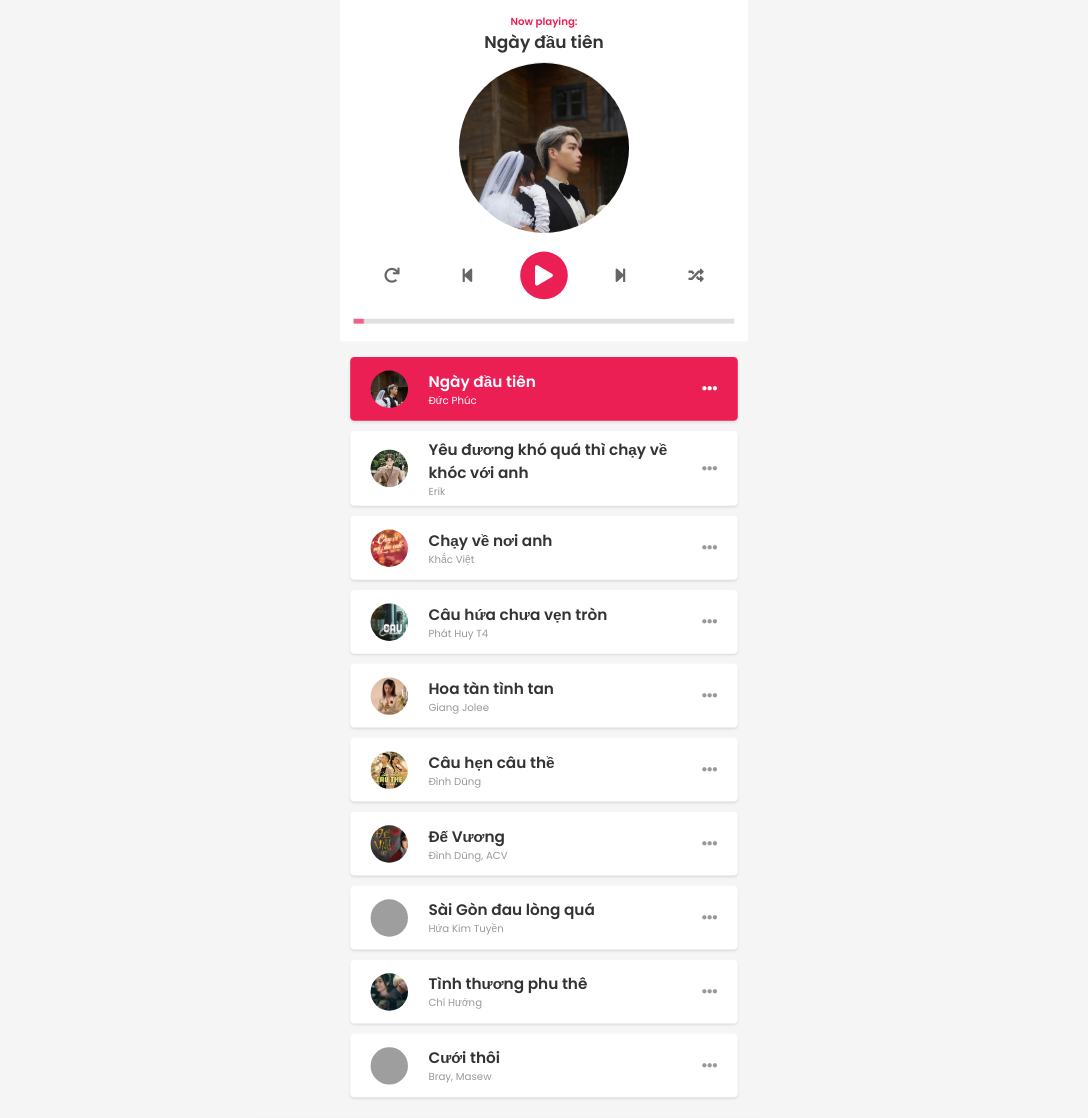
Repository: KienCao2000/demo-music
Page: index.html
An editor plug-in stored every save of this project. The page is shown before and after the next save, followed by the edit.
The browser window is 1280 px wide. The pictures show the whole page, at 85% of full size.
Pictures or frames that could not be fetched are drawn as grey boxes.

Above is the page before, as saved 2022-02-26 09:42:50.

### index.html
<!DOCTYPE html>
<html lang="en">
<head>
    <meta charset="UTF-8">
    <meta http-equiv="X-UA-Compatible" content="IE=edge">
    <meta name="viewport" content="width=device-width, initial-scale=1.0">
    <title>Music player</title>
    <link rel="stylesheet" href="https://cdnjs.cloudflare.com/ajax/libs/font-awesome/5.15.2/css/all.min.css" integrity="sha512-HK5fgLBL+xu6dm/Ii3z4xhlSUyZgTT9tuc/hSrtw6uzJOvgRr2a9jyxxT1ely+B+xFAmJKVSTbpM/CuL7qxO8w==" crossorigin="anonymous" />
    <link rel="preconnect" href="https://fonts.gstatic.com">
    <link href="https://fonts.googleapis.com/css2?family=Poppins:wght@300;400;600&display=swap" rel="stylesheet">
    <link rel="stylesheet" href="./css/style.css">
</head>
<body>
    <div class="player">
        <!-- Dashboard -->
        <div class="dashboard">
          <!-- Header -->
          <header>
            <h4>Now playing:</h4>
            <h2>String 57th & 9th</h2>
          </header>

          <!-- CD -->
          <div class="cd">
            <div class="cd-thumb" style="background-image: url('https://i.ytimg.com/vi/jTLhQf5KJSc/maxresdefault.jpg')">
            </div>
          </div>

          <!-- Control -->
          <div class="control">
            <div class="btn btn-repeat">
              <i class="fas fa-redo"></i>
            </div>
            <div class="btn btn-prev">
              <i class="fas fa-step-backward"></i>
            </div>
            <div class="btn btn-toggle-play">
              <i class="fas fa-pause icon-pause"></i>
              <i class="fas fa-play icon-play"></i>
            </div>
            <div class="btn btn-next">
              <i class="fas fa-step-forward"></i>
            </div>
            <div class="btn btn-random">
              <i class="fas fa-random"></i>
            </div>
          </div>

          <input id="progress" class="progress" type="range" value="0" step="1" min="0" max="100">

          <audio id="audio" src=""></audio>
        </div>

        <!-- Playlist -->
        <div class="playlist">

        </div>
    </div>
    <script>
        /**
         * 1. Render songs
         * 2. Scroll top
         * 3. Play / pause / seek
         * 4. CD rotate
         * 5. Next / prev
         * 6. Random
         * 7. Next / Repeat when ended
         * 8. Active song
         * 9. Scroll active song into view
         * 10. Play song when click
        */

        const $ = document.querySelector.bind(document);
        const $$ = document.querySelectorAll.bind(document);

        const player = $('.player')
        const cd = $('.cd')
        const heading = $('header h2')
        const cdThumb = $('.cd-thumb')
        const audio = $('#audio')
        const playBtn = $('.btn-toggle-play')
        const progress = $('#progress')
        const nextBtn = $('.btn-next')
        const prevBtn = $('.btn-prev')
        const randomBtn = $('.btn-random')
        const repeatBtn = $('.btn-repeat')
        const playlist = $('.playlist')

        // render
        const app = {
          currentIndex: 0,
          isPlaying: false,
          isRandom: false,
          isRepeat: false,
          songs: [
            {
              name: 'Ngày đầu tiên',
              singer: 'Đức Phúc',
              path: './music/song1.mp3',
              img: './img/song1.png'
            },
            {
              name: 'Yêu đương khó quá thì chạy về khóc với anh',
              singer: 'Erik',
              path: './music/song2.mp3',
              img: './img/song2.png'
            },
            {
              name: 'Chạy về nơi anh',
              singer: 'Khắc Việt',
              path: './music/song3.mp3',
              img: './img/song3.png'
            },
            {
              name: 'Câu hứa chưa vẹn tròn',
              singer: 'Phát Huy T4',
              path: './music/song4.mp3',
              img: './img/song4.png'
            },
            {
              name: 'Hoa tàn tình tan',
              singer: 'Giang Jolee',
              path: './music/song5.mp3',
              img: './img/song5.png'
            },
            {
              name: 'Câu hẹn câu thề',
              singer: 'Đình Dũng',
              path: './music/song6.mp3',
              img: './img/song6.png'
            },
            {
              name: 'Đế Vương',
              singer: 'Đình Dũng, ACV',
              path: './music/song7.mp3',
              img: './img/song7.png'
            },
            {
              name: 'Sài Gòn đau lòng quá',
              singer: 'Hứa Kim Tuyền',
              path: './music/song8.mp3',
              img: './img/song8.png'
            },
            {
              name: 'Tình thương phu thê',
              singer: 'Chí Hướng',
              path: './music/song9.mp3',
              img: './img/song9.png'
            },
            {
              name: 'Cưới thôi',
              singer: 'Bray, Masew',
              path: './music/song10.mp3',
              img: './img/song10.png'
            },
          ],
          render: function() {
            const htmls = this.songs.map((song, index) => {
              return `
              <div class="song ${index === this.currentIndex ? 'active' : ''}" data-index = ${index} >
                <div class="thumb" style="background-image: url('${song.img}')">
                </div>
                <div class="body">
                  <h3 class="title">${song.name}</h3>
                  <p class="author">${song.singer}</p>
                </div>
                <div class="option">
                  <i class="fas fa-ellipsis-h"></i>
                </div>
              </div>
              `
            })
            playlist.innerHTML = htmls.join('')
          },
          defineProperties: function() {
            Object.defineProperty(this, 'currentSong', {
              get: function() {
                return this.songs[this.currentIndex]
              }
            })
          },
          handleEvents: function() {
            const _this = this
            const cdWidth = cd.offsetWidth

            // xử lý CD quay / dừng
            const cdThumbAnimate = cdThumb.animate([
              { transform: 'rotate(360deg)'}
            ], {
              duration: 10000, // 10 second
              iterations: Infinity,
            })
            cdThumbAnimate.pause();

            // Xử lý phóng to thu nhỏ CD
            document.onscroll = function() {
              const scrollTop = window.scrollY || (document.documentElement.scrollTop);
              const newCdWidth = cdWidth - scrollTop

              cd.style.width = newCdWidth > 0 ? newCdWidth + 'px' : 0
              cd.style.opacity = newCdWidth / cdWidth

            }
              // Xử lý khi click player
              playBtn.onclick = function () {
                if(_this.isPlaying) {
                  audio.pause()
                }
                else{
                  audio.play()
                }
              }

              // Khi song được play
              audio.onplay = function () {
                _this.isPlaying = true
                player.classList.add('playing')
                cdThumbAnimate.play()
              }
              // Khi song bi pause
              audio.onpause = function () {
                _this.isPlaying = false
                player.classList.remove('playing')
                cdThumbAnimate.pause()
              }

              // Khi tiến độ bài hát thay đổi
              audio.ontimeupdate = function () {
                if(audio.duration) {
                  const progressPercent = Math.floor(audio.currentTime / audio.duration * 100)
                  progress.value = progressPercent
                }
              }

              // xử lý khi tua song
              progress.onchange = function (e) {
                const seekTime = audio.duration /100 * e.target.value
                audio.currentTime = seekTime
              }

              // Khi next song
              nextBtn.onclick = function() {
                if(_this.isRandom){
                  _this.playRandomSong()
                }else{
                  _this.nextSong()
                }
                audio.play()
                _this.render()
                _this.scrollToActiveSong()
              }

              // Khi pre song
              prevBtn.onclick = function() {
                if(_this.isRandom){
                  _this.playRandomSong()
                }else{
                  _this.prevSong()
                }
                audio.play()
                _this.render()
                _this.scrollToActiveSong()
              }

              // random song
              randomBtn.onclick = function(e) {
                _this.isRandom = !_this.isRandom
                randomBtn.classList.toggle('active', _this.isRandom)
              }

              // Xử lý nẽt song khi audio ended
              audio.onended = function() {
                if(_this.isRepeat){
                  audio.play();
                }else{
                  nextBtn.click();
                }
              }

              // xử lý lặp lại song
              repeatBtn.onclick = function(e) {
                _this.isRepeat = !_this.isRepeat
                repeatBtn.classList.toggle('active', _this.isRepeat);
              }

              // lắng nghe hành vi click vào playlist
              playlist.onclick = function(e) {
                const songNode = e.target.closest('.song:not(.active)')
                if(songNode || !e.target.closest('.option') ) {
                  if(songNode){
                    _this.currentIndex =Number(songNode.dataset.index)
                    _this.loadCurrentSong()
                    _this.render()
                    audio.play()
                  }

                  if(e.target.closest('.option')) {

                  }
                }
              }
          },
          scrollToActiveSong: function() {
            setTimeout(() => {
              $('.song.active').scrollIntoView({
                behavior: 'smooth',
                block: 'nearest',
              });
            },300)
          },
          loadCurrentSong: function() {
            heading.textContent = this.currentSong.name
            cdThumb.style.backgroundImage = `url(${this.currentSong.img})`
            audio.src = this.currentSong.path
          },
          nextSong: function() {
            this.currentIndex++
            if(this.currentIndex >= this.songs.length) {
              this.currentIndex = 0
            }
            this.loadCurrentSong()
          },
          prevSong: function() {
            this.currentIndex--
            if(this.currentIndex < 0) {
              this.currentIndex = this.songs.length
            }
            this.loadCurrentSong()
          },
          playRandomSong: function() {
            let newIndex
            do {
              newIndex = Math.floor(Math.random() * this.songs.length)
            } while(newIndex === this.currentIndex)

            this.currentIndex = newIndex
            this.loadCurrentSong()
          },
          start: function() {
            // Định nghĩa các thuộc tính cho object
            this.defineProperties()

            // Lắng nghe / xử lý các sự kiện (DOM Events)
            this.handleEvents()

            // Tải thông tin bài hát đầu tiên vao UI khi chạy ứng dụng
            this.loadCurrentSong();

            // Render playlist
            this.render()
          }
        }
        app.start()
    </script>
</body>
</html>

### css/style.css
:root {
    --primary-color: #ec1f55;
    --text-color: #333;
}

*{
    padding: 0;
    margin: 0;
    box-sizing: inherit;
}

body {
    background-color: #f5f5f5;
}

html {
    box-sizing: border-box;
    font-family: "Poppins", sans-serif;
}

.player {
    position: relative;
    max-width: 480px;
    margin: 0 auto;
}

.player .icon-pause {
    display: none;
}

.player.playing .icon-pause {
    display: inline-block;
}

.player.playing .icon-play {
    display: none;
}
.dashboard {
    padding: 16px 16px 14px;
    background-color: #fff;
    position: fixed;
    top: 0;
    width: 100%;
    max-width: 480px;
    border-bottom: 1px solid #ebebeb;
}

  /* HEADER */
header {
    text-align: center;
    margin-bottom: 10px;
}

header h4 {
    color: var(--primary-color);
    font-size: 12px;
}

header h2 {
    color: var(--text-color);
    font-size: 20px;
}

  /* CD */
.cd {
    display: flex;
    margin: auto;
    width: 200px;
  }

.cd-thumb {
    width: 100%;
    padding-top: 100%;
    border-radius: 50%;
    background-color: #333;
    background-size: cover;
    margin: auto;
}

  /* CONTROL */
.control {
    display: flex;
    align-items: center;
    justify-content: space-around;
    padding: 18px 0 8px 0;
}

.control .btn {
    color: #666;
    padding: 18px;
    font-size: 18px;
  }

.control .btn.active {
    color: var(--primary-color);
}

.control .btn-toggle-play {
    width: 56px;
    height: 56px;
    border-radius: 50%;
    font-size: 24px;
    color: #fff;
    display: flex;
    align-items: center;
    justify-content: center;
    background-color: var(--primary-color);
}

.progress {
    width: 100%;
    -webkit-appearance: none;
    height: 6px;
    background: #d3d3d3;
    outline: none;
    opacity: 0.7;
    -webkit-transition: 0.2s;
    transition: opacity 0.2s;
}

.progress::-webkit-slider-thumb {
    -webkit-appearance: none;
    appearance: none;
    width: 12px;
    height: 6px;
    background-color: var(--primary-color);
    cursor: pointer;
}

  /* PLAYLIST */
  .playlist {
    margin-top: 408px;
    padding: 12px;
}

.song {
    display: flex;
    align-items: center;
    margin-bottom: 12px;
    background-color: #fff;
    padding: 8px 16px;
    border-radius: 5px;
    box-shadow: 0 2px 3px rgba(0, 0, 0, 0.1);
}

.song.active {
    background-color: var(--primary-color);
}

.song:active {
    opacity: 0.8;
}

  .song.active .option,
  .song.active .author,
  .song.active .title {
    color: #fff;
}

.song .thumb {
    width: 44px;
    height: 44px;
    border-radius: 50%;
    background-size: cover;
    margin: 0 8px;
}

.song .body {
    flex: 1;
    padding: 0 16px;
}

  .song .title {
    font-size: 18px;
    color: var(--text-color);
}

.song .author {
    font-size: 12px;
    color: #999;
}

.song .option {
    padding: 16px 8px;
    color: #999;
    font-size: 18px;
}

After the next save:
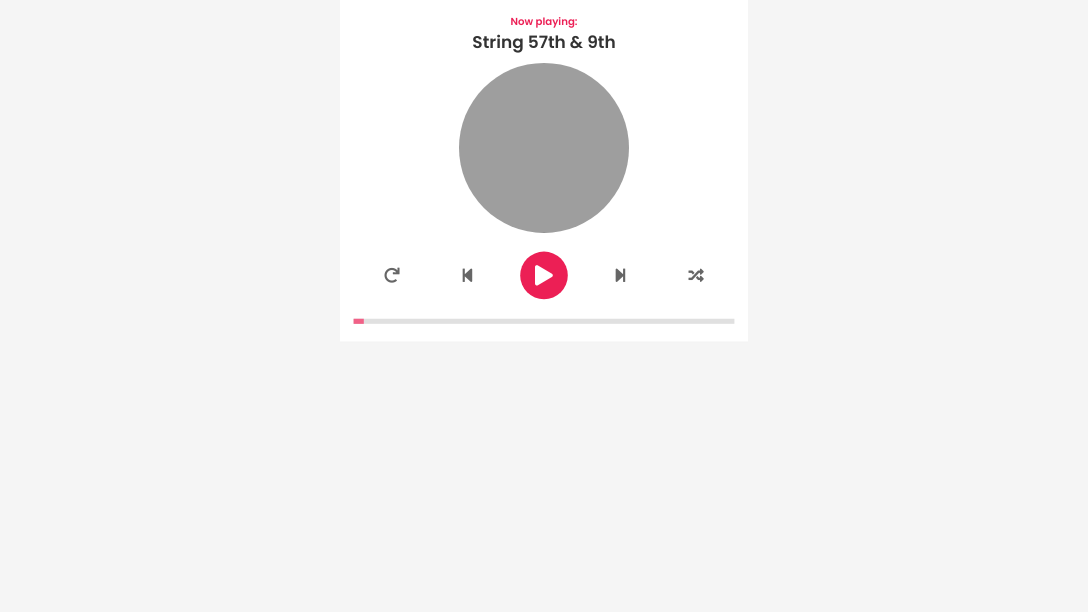
Console error (its wording comes from the project's code and is left out).
Saved 4 min 47 s later.
--- a/index.html
+++ b/index.html
@@ -73,6 +73,8 @@
         const $ = document.querySelector.bind(document);
         const $$ = document.querySelectorAll.bind(document);
 
+        const PLAYER_STORAGE_KEY = 'SONG_PLAYER'
+
         const player = $('.player')
         const cd = $('.cd')
         const heading = $('header h2')
@@ -92,6 +94,7 @@
           isPlaying: false,
           isRandom: false,
           isRepeat: false,
+          settings: JSON.parse(localStorage.getItem(PLAYER_STORAGE_KEY) || {}),
           songs: [
             {
               name: 'Ngày đầu tiên',

After the save that followed:
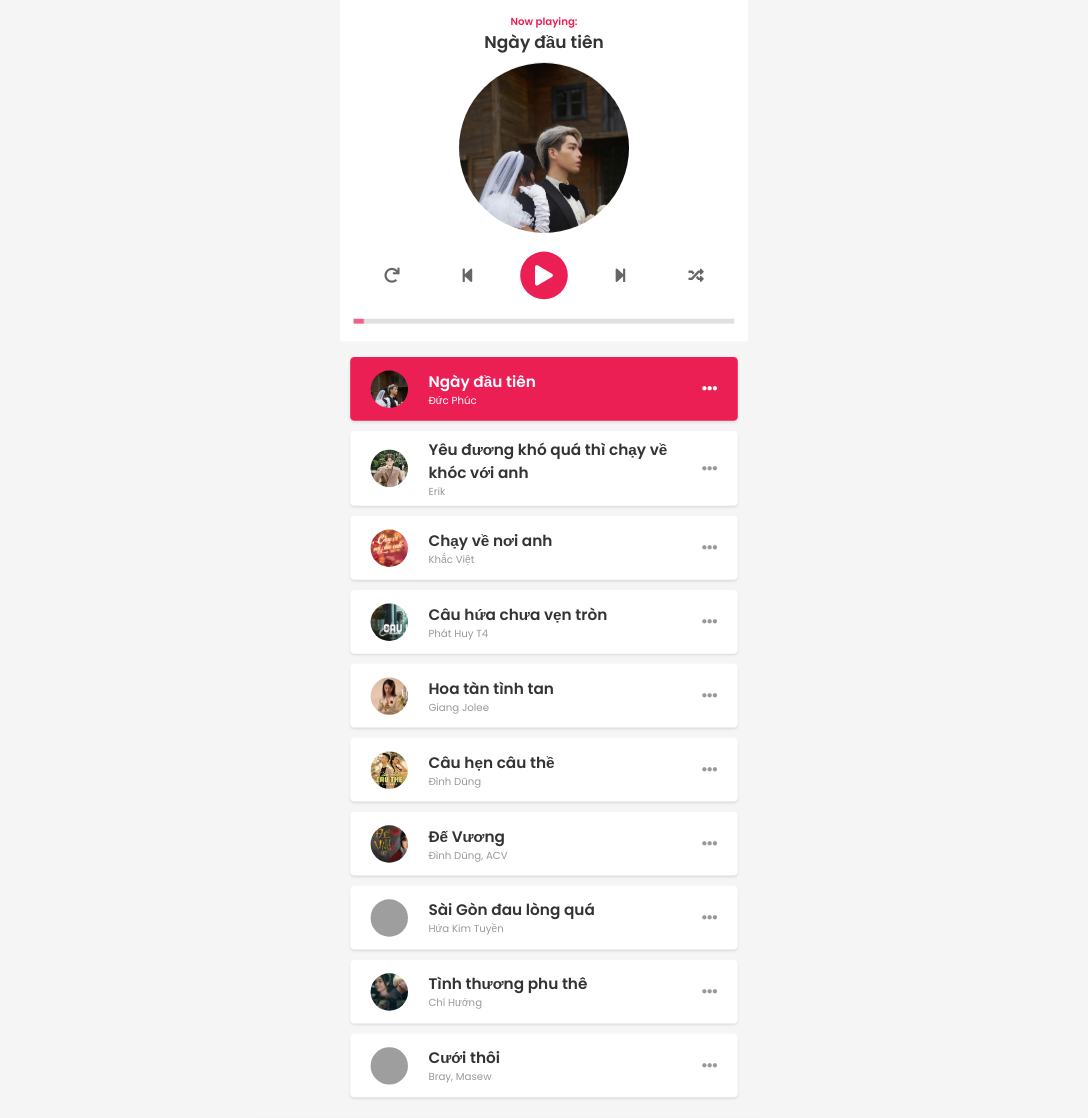
The error is gone.
Saved 2 min 0 s later.
--- a/index.html
+++ b/index.html
@@ -94,7 +94,11 @@
           isPlaying: false,
           isRandom: false,
           isRepeat: false,
-          settings: JSON.parse(localStorage.getItem(PLAYER_STORAGE_KEY) || {}),
+          config: JSON.parse(localStorage.getItem(PLAYER_STORAGE_KEY)) || {},
+          setConfig: function(key, value) {
+            this.config[key] = value;
+            localStorage.setItem(PLAYER_STORAGE_KEY, this.config);
+          },
           songs: [
             {
               name: 'Ngày đầu tiên',
